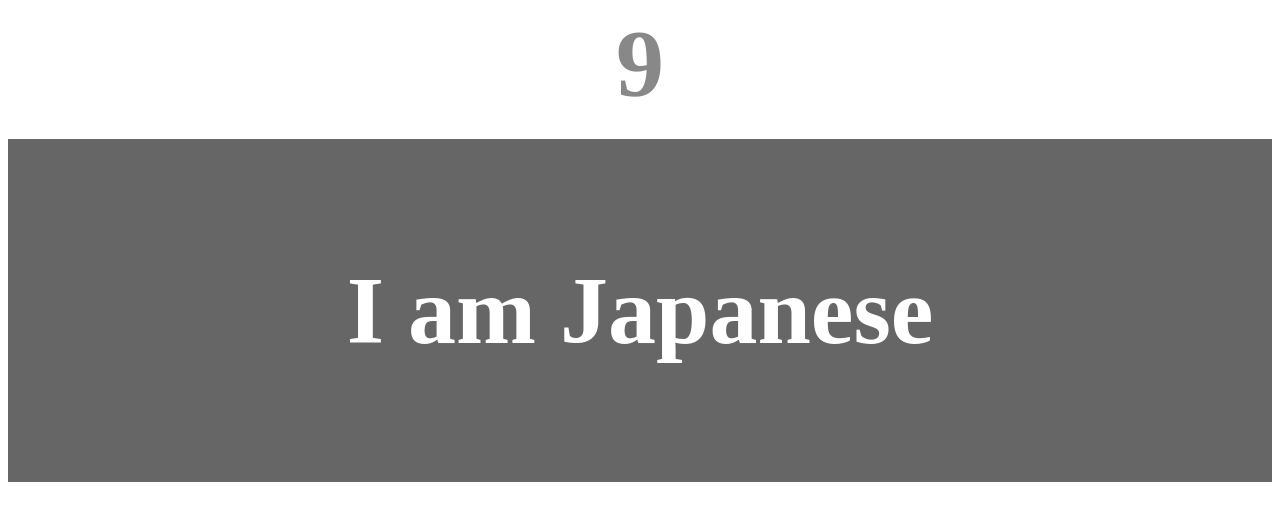
Repository: picalin/samurai_typing-game
Page: TypingGame/index.html
The author's editor kept a record of every edit. The page is drawn from the files as they stood at one moment, then again after the next edit.
The browser window is 1280 px wide. The pictures show the whole page.
After loading, the first visible `#start` was clicked once.

Above is the page before.

### TypingGame/index.html
<!DOCTYPE html>
<html>
<head>
    <meta charset="utf-8" />
    <title>タイピングアプリ</title>
    <style>
        /*ここにCSS*/
        body {
            font-size: 6em;
            text-align: center;
        }

        span {
            transition: all 300ms 0s ease;
        }

        .add-color {
            font-size: 0.5em;
            color: #666;
        }

        #count {
            margin: 0;
            font-weight: bold;
            color: #888;
        }

        #wrap {
            margin-top: 20px;
            padding: 20px 10px;
            background-color: #666;
            font-weight: bold;
            color: #fff;
        }
    </style>
</head>
<body>
    <p id="count">60</p>
    <div id="wrap">
        <p id="text"></p>
    </div>
    <button id="start">スタート</button>

    <script>
        //ここにJavaScript
        //必要なHTML要素の取得
        const wrap = document.getElementById('wrap');
        const start = document.getElementById('start');

        let checkTexts =[];
        let score = 0;

        const textLists = [
          'Hello World','This is my App','How are you?',
          'Today is sunny','I love JavaScript!','Good morning',
          'I am Japanese','Let it be','Samurai',
          'Typing Game','Information Technology',
          'I want to be a programmer','What day is today?',
          'I want to build a web app','Nice to meet you',
          'Chrome Firefox Edge Safari','machine learning',
          'Brendan Eich','John Resig','React Vue Angular',
          'Netscape Communications','undefined null NaN',
          'Thank you very much','Google Apple Facebook Amazon',
          'ECMAScript','console.log','for while if switch',
          'var let const','Windows Mac Linux iOS Android',
          'programming'
        ]; //複数のテキストを格納する配列

        const createText = () => {
            const p = document.getElementById('text');
            const rnd = Math.floor(Math.random() * textLists.length);

            //p要素の中身を空っぽにする
            p.textContent = '';
            checkTexts = textLists[rnd].split('').map(value => {
               //span要素を作成する
               const span = document.createElement('span');

               //span要素に配列の1文字ずつを当てはめる
               span.textContent = value;

               //span要素をp要素に追加していく
               p.appendChild(span);

               //1文字ずつcheckTextsに格納していく
               return span;
            });
        };//ランダムなテキストを画面によ表示する



        const keyDown = e => {
            // 背景色のデフォルト値を設定する
            wrap.style.backgroundColor = '#666';

            if(e.key === checkTexts[0].textContent) {

                //add-colorクラスを付与する
                checkTexts[0].className = 'add-color';

                //配列から1文字を削除する
                checkTexts.shift();

                //正しい入力のときだけスコアを加算する
                score++;

                //最後まで入力したら新しいテキストを用意する
                if(!checkTexts.length) createText();
            } else if(e.key === 'Shift') {
                wrap.style.backgroundColor ='#666';
            } else {
                wrap.style.backgroundColor ='red';
            }
        }; //キーイベント＆入力判定

        const gameOver = id => {
            //タイマーをストップする
            clearInterval(id);

            //スコアの値をrankCheck()に渡してダイアログで結果を表示する
            const result = confirm(rankCheck(score));

            //OKボタンをクリックしたらリロードする
            if(result) window.location.reload();
        }; //ゲームの終了処理

        const timer = () => {
            //タイマーの初期値
            let time = 10;

            const count = document.getElementById('count');
            const id = setInterval(() => {


                time  -= 1;
                count.textContent = time;

                //カウントが0になればタイマーのIDをgameOver()に渡す
                if (time <= 0) gameOver(id);

            }, 1000);
        }; //タイマー処理

        const rankCheck = score => {
            //テキストを格納する変数を作る
            let text = '';

            //スコアに応じて異なるメッセージを変数textに変換する
            if(score < 100) {
                text = `あなたのランクはCです。\nBランクまであと${100 - score}文字です。`;
            } else if(score < 200) {
                text = `あなたのランクはBです。\nAランクまであと${200 - score}文字です。`;
            } else if(score < 300) {

                text = `あなたのランクはAです。\nSランクまであと${300 - score}文字です。`;
            } else if(score >= 300) {
                text = `あなたのランクはSです。\nおめでとうございます！`;
            }
            //scoreの値を返す
            return `${score}文字打てました！\n${text}\n 【OK】リトライ／【キャンセル】終了`;
        };

        start.addEventListener('click', () => {
            //タイマー関数を追記
            timer();

            //ランダムテキストを表示する関数
            createText();

            //スタートボタンを非表示にする処理
            start.style.display = 'none';

            //キーボードイベントの処理
            document.addEventListener('keydown', keyDown);
        }); //ゲームスタートの処理


    </script>
</body>
</html>

After the next edit:
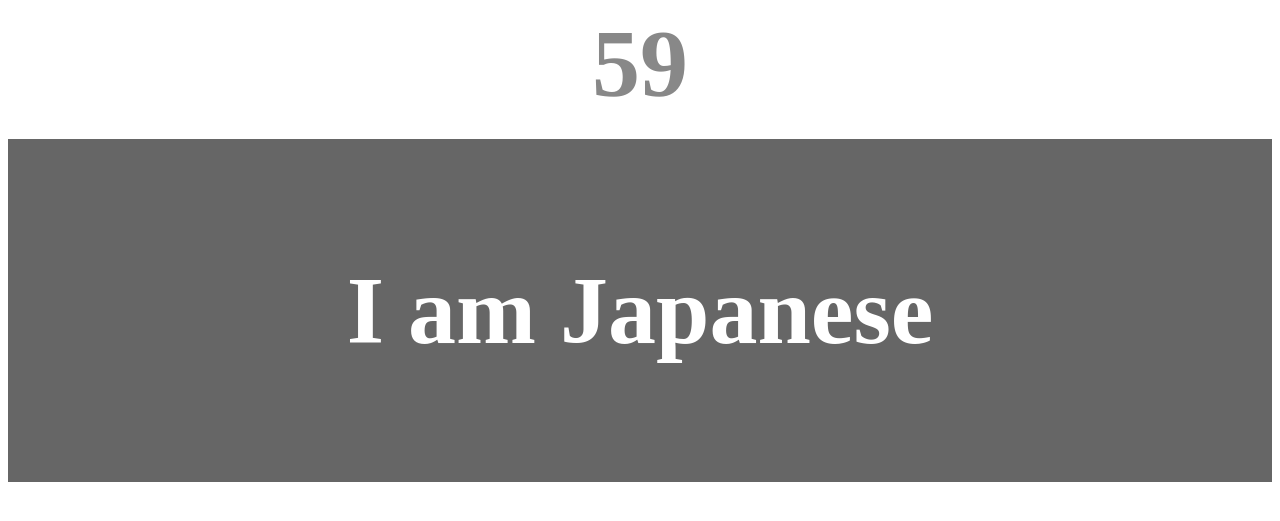
The edit:
--- a/TypingGame/index.html
+++ b/TypingGame/index.html
@@ -126,7 +126,7 @@
 
         const timer = () => {
             //タイマーの初期値
-            let time = 10;
+            let time = 60;
 
             const count = document.getElementById('count');
             const id = setInterval(() => {
